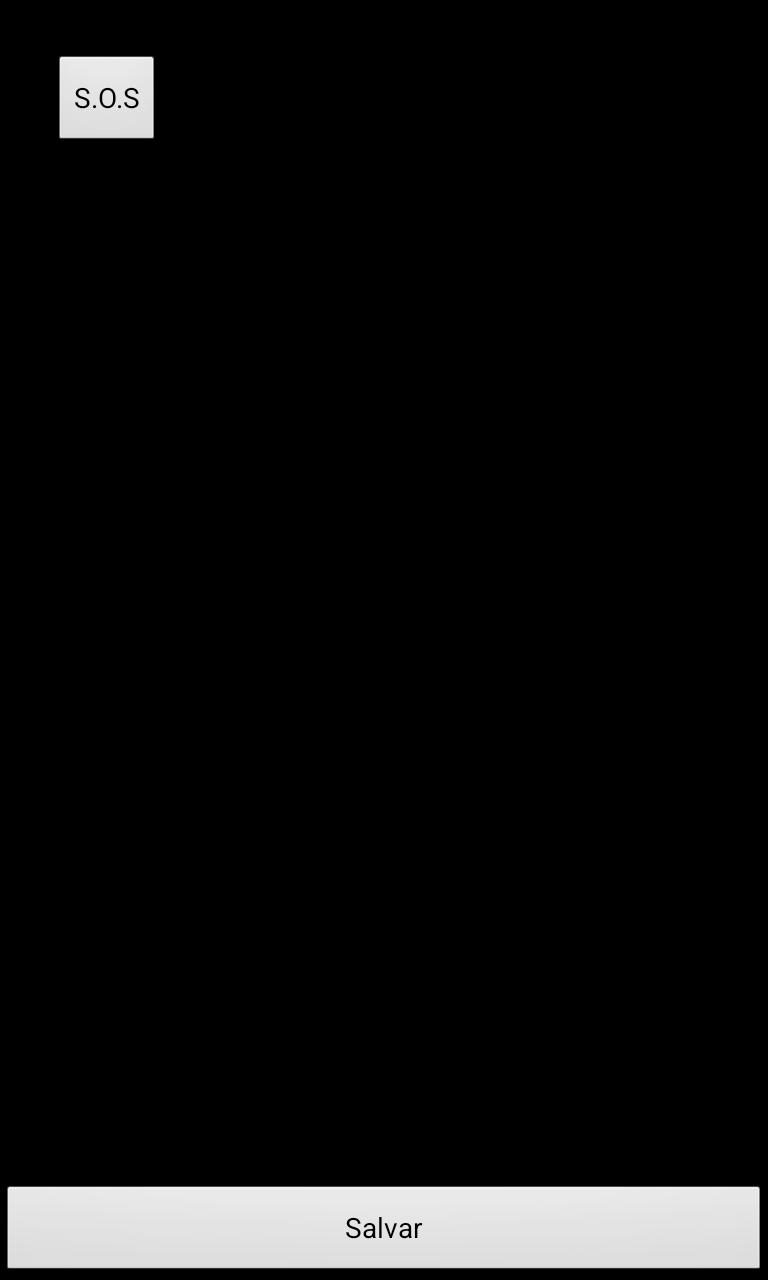
Repository: wfortini/appSOS
Layout: appMobileClient/res/layout/activity_main.xml
An editor plug-in stored every save of this project. The layout is shown before and after the next save, followed by the edit.
It is drawn on a 768 x 1280 px phone screen (xhdpi) without system bars, with theme AppTheme; the app's code is not run.

Above is the layout before, as saved 2013-03-03 03:35:50.

### appMobileClient/res/layout/activity_main.xml
<TableLayout xmlns:android="http://schemas.android.com/apk/res/android"
    xmlns:tools="http://schemas.android.com/tools"
    android:layout_width="match_parent"
    android:layout_height="match_parent"
    tools:context=".MainActivity" >

    <TableRow >
        <Button
        android:id="@+id/button1"
        android:layout_width="wrap_content"
        android:layout_height="wrap_content"
        android:layout_alignParentLeft="true"
        android:layout_alignParentTop="true"
        android:layout_marginLeft="26dp"
        android:layout_marginTop="27dp"
        android:text="@string/button_sos" />

    </TableRow>

    <TableRow >



    </TableRow>
		<RelativeLayout
		    android:layout_width="wrap_content"
		    android:layout_height="fill_parent"
		    android:gravity="bottom">

		    <Button android:id="@+id/salvar"
        			android:layout_width="fill_parent"
        			android:layout_height="wrap_content"
        			android:text="Salvar"/>



		</RelativeLayout>
</TableLayout>

### appMobileClient/res/values/styles.xml
<resources>

    <!--
        Base application theme, dependent on API level. This theme is replaced
        by AppBaseTheme from res/values-vXX/styles.xml on newer devices.
    -->
    <style name="AppBaseTheme" parent="android:Theme.Black">
        <!--
            Theme customizations available in newer API levels can go in
            res/values-vXX/styles.xml, while customizations related to
            backward-compatibility can go here.
        -->
    </style>

    <!-- Application theme. -->
    <style name="AppTheme" parent="AppBaseTheme">
        <!-- All customizations that are NOT specific to a particular API-level can go here. -->
    </style>

</resources>

### appMobileClient/res/values/strings.xml
<?xml version="1.0" encoding="utf-8"?>
<resources>

    <string name="app_name">SOS24Horas</string>
    <string name="hello_world">Hello world!</string>
    <string name="menu_settings">Settings</string>
    <string name="button_sos">S.O.S</string>
    <string name="btn_sua_local">Sua Localização</string>

</resources>

After the next save:
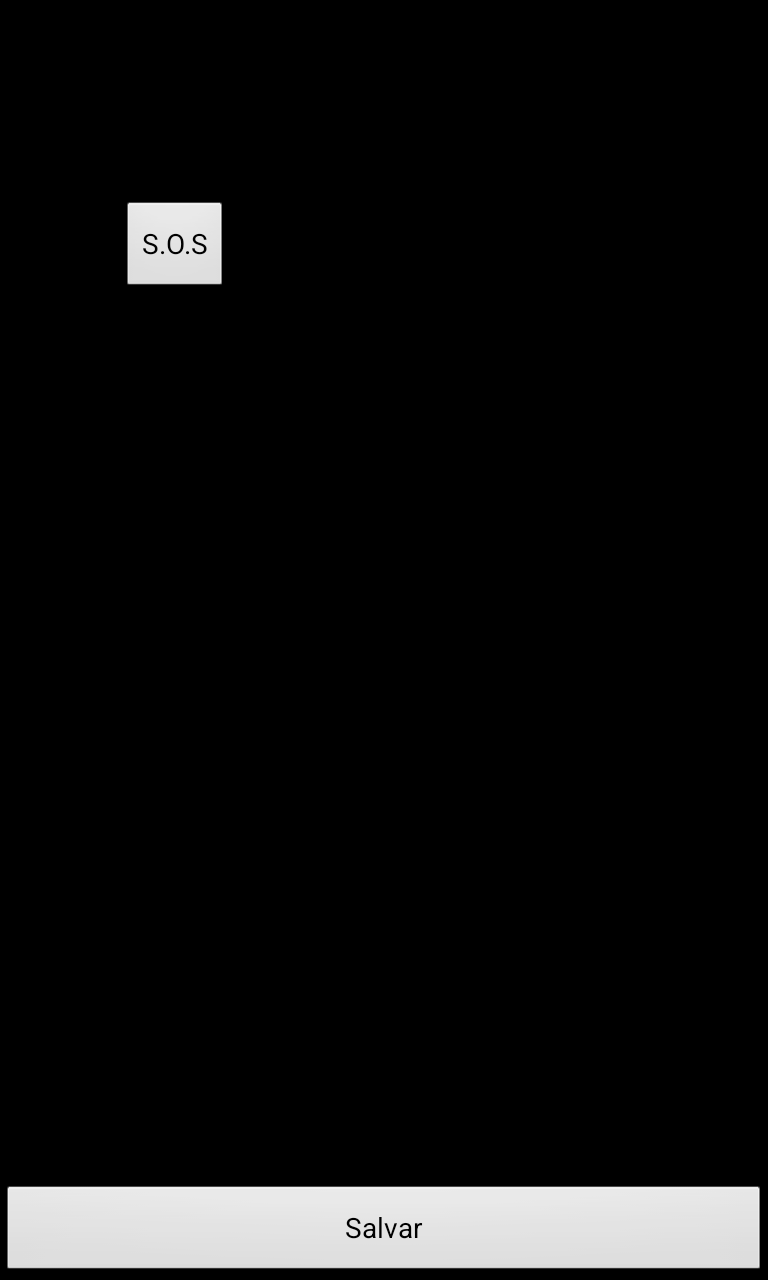
Saved 81 s later.
--- a/appMobileClient/res/layout/activity_main.xml
+++ b/appMobileClient/res/layout/activity_main.xml
@@ -11,8 +11,8 @@
         android:layout_height="wrap_content"
         android:layout_alignParentLeft="true"
         android:layout_alignParentTop="true"
-        android:layout_marginLeft="26dp"
-        android:layout_marginTop="27dp"
+        android:layout_marginLeft="60dp"
+        android:layout_marginTop="100dp"
         android:text="@string/button_sos" />
 
     </TableRow>
